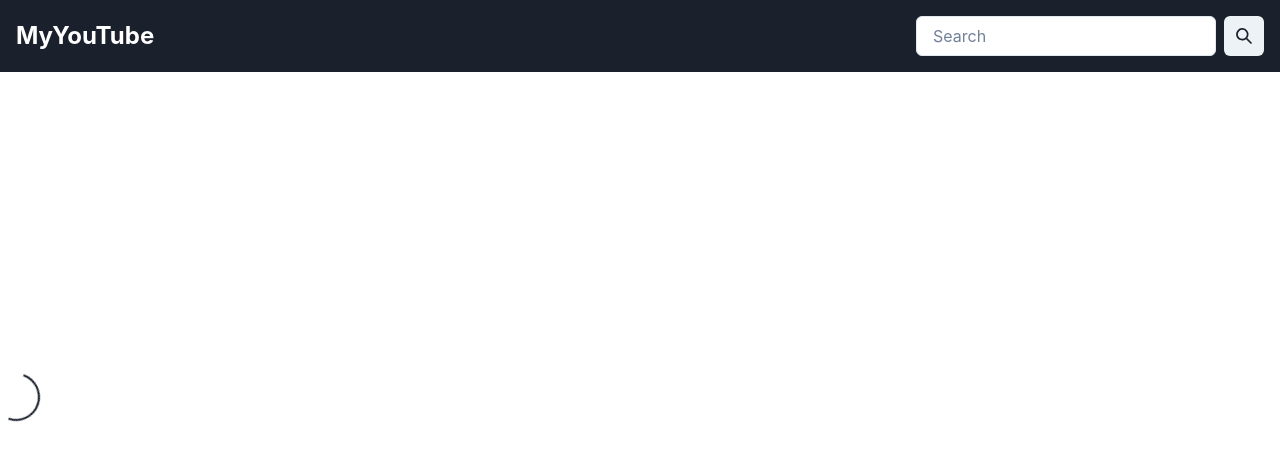
Repository: JuniorDevChris/YouTube-Engagement-Metrics
Page: /
An editor plug-in stored every save of this project. The page is shown before and after the next save, followed by the edit.
The browser window is 1280 px wide. The pictures show the whole page.
The project was rebuilt for these pictures with package versions that can differ from the ones it lists, and the page was loaded fresh each time. Also part of the build but not shown: vite.config.ts, src/App.css.

Above is the page before, as saved 2024-07-16 21:54:27.

After the next save:
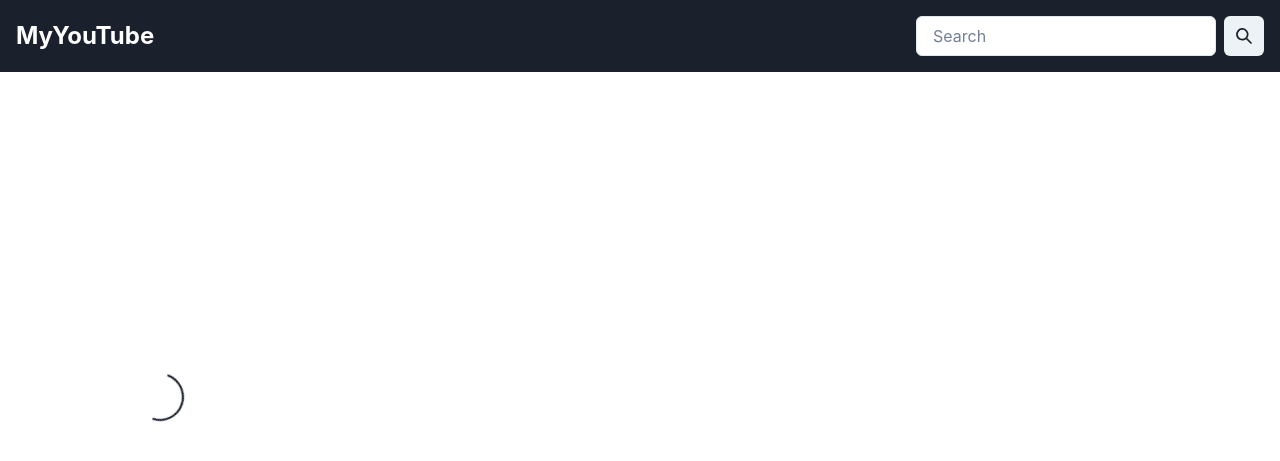
Saved 17 s later.
--- a/src/App.tsx
+++ b/src/App.tsx
@@ -73,7 +73,7 @@ function App() {
       <Navbar query={query} setQuery={setQuery} fetchVideos={fetchVideos} />
       <Box
         mt="80px"
-        p={4}
+        p={40}
         flex="1"
         display="flex"
         justifyContent="center"
